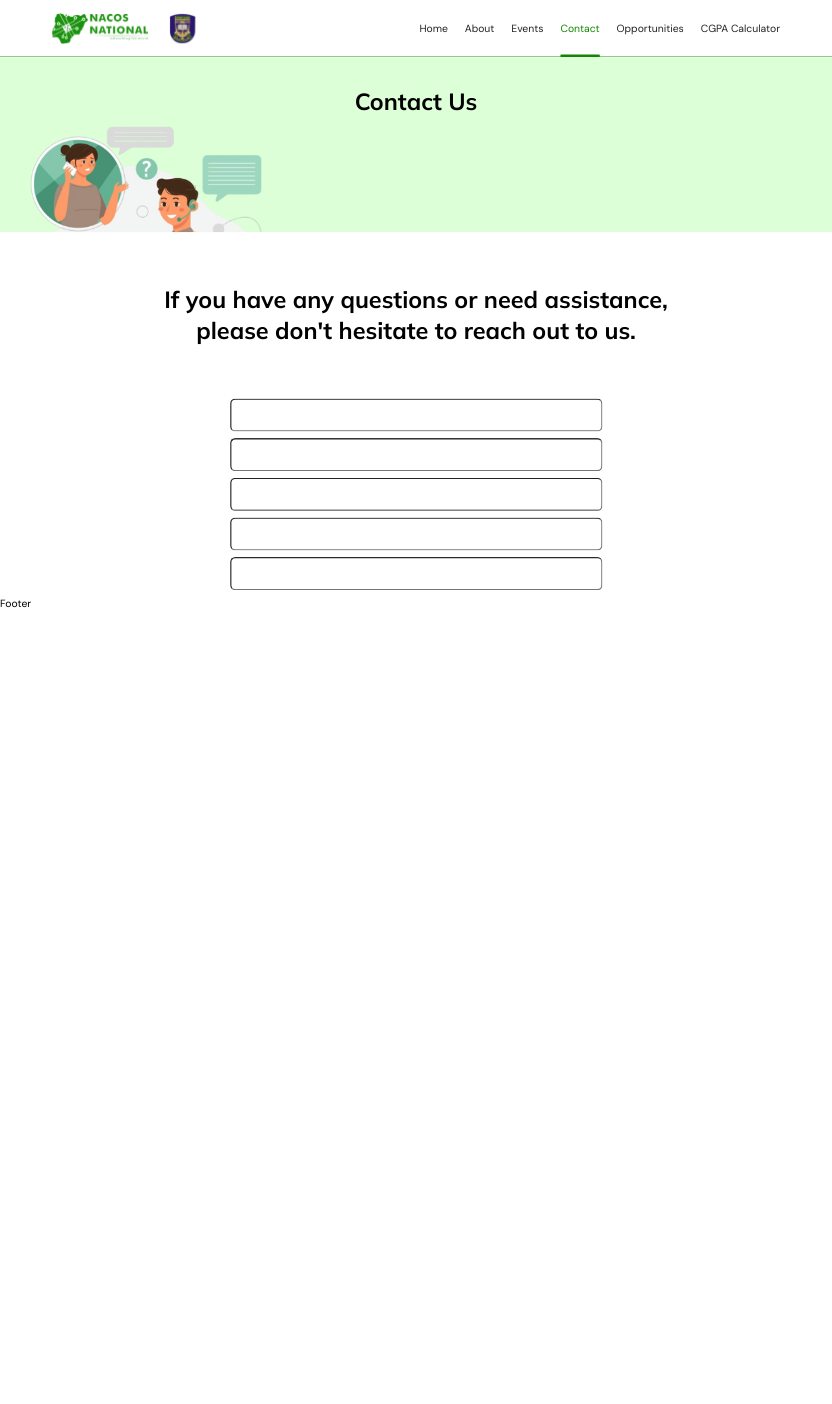
Repository: nacossuil/Uil-Nacos-Web
Page: /contact (app in frontend/)
An editor plug-in stored every save of this project. The page is shown before and after the next save, followed by the edit.
The browser window is 1280 px wide. The pictures show the whole page, at 65% of full size.
The project was rebuilt for these pictures with package versions that can differ from the ones it lists, and the page was loaded fresh each time. Also part of the build but not shown: frontend/vite.config.js, frontend/src/pages/Home/HomePage.jsx, frontend/src/pages/About/AboutPage.jsx, frontend/src/pages/Events/EventsPage.jsx, frontend/src/pages/Opportunities/OpportunitiesPage.jsx, frontend/src/pages/CgpaCalculator/CgpaCalculatorPage.jsx.

Above is the page before, as saved 2023-11-14 00:12:05.

### frontend/index.html
<!doctype html>
<html lang="en">

<head>
  <meta charset="UTF-8" />
  <link rel="icon" type="image/svg+xml" href="./src/assets/nacos-logo.svg" />
  <meta name="viewport" content="width=device-width, initial-scale=1.0" />
  <title>Vite + React</title>
</head>

<body>
  <div id="root"></div>
  <script type="module" src="/src/main.jsx"></script>
</body>

</html>

### frontend/src/App.jsx
import { useState } from "react";
import "./App.css";
import Navbar from "./components/Navbar/Navbar";
import { Routes, Route } from "react-router-dom";
import HomePage from "./pages/Home/HomePage";
import ContactPage from "./pages/Contact/ContactPage";
import Footer from "./components/Footer/Footer";
import AboutPage from "./pages/About/AboutPage";
import EventsPage from "./pages/Events/EventsPage";
import OpportunitiesPage from "./pages/Opportunities/OpportunitiesPage";
import CgpaCalculatorPage from "./pages/CgpaCalculator/CgpaCalculatorPage";
import ScrollToTop from "./assets/up-arrow-icon.svg?react";
function App() {
  const [scrollToTopVisible, setScrollToTopVisible] = useState(false);

  const toggleVisible = () => {
    const scrolled = document.documentElement.scrollTop;
    if (scrolled > 300) {
      setScrollToTopVisible(true);
    } else if (scrolled <= 300) {
      setScrollToTopVisible(false);
    }
  };

  const scrollToTop = () => {
    window.scrollTo({
      top: 0,
      behavior: "smooth",
    });
  };
  window.addEventListener("scroll", toggleVisible);
  return (
    <main>
      <Navbar />
      <Routes>
        <Route path="/" element={<HomePage />} />
        <Route path="/about" element={<AboutPage />} />
        <Route path="/events" element={<EventsPage />} />
        <Route path="/contact" element={<ContactPage />} />
        <Route path="/opportunities" element={<OpportunitiesPage />} />
        <Route path="/calculator" element={<CgpaCalculatorPage />} />
      </Routes>
      <Footer />
      {scrollToTopVisible ? (
        <div
          className="scroll-to-top-icon"
          onClick={() => {
            scrollToTop();
          }}
        >
          <ScrollToTop />
        </div>
      ) : null}
    </main>
  );
}

export default App;

### frontend/src/index.css
@import url('https://fonts.googleapis.com/css2?family=DM+Sans:opsz,wght@9..40,300;9..40,400;9..40,500;9..40,600;9..40,700&family=Mulish:wght@200;300;400;500;600;700&display=swap');
:root {
  font-size: 16px;
}
*{
  box-sizing: border-box;
  margin: 0;
  padding: 0;
}
body {
  margin: 0;
}

### frontend/src/App.css
@import url('https://fonts.googleapis.com/css2?family=DM+Sans&display=swap');

body {
  font-family: 'DM Sans', sans-serif;
}

main {
  position: relative;
  min-height: 300vh;
}

.scroll-to-top-icon {
  position: fixed;
  bottom: 16.1875rem;
  right: 6.25rem;
}

### frontend/src/components/Navbar/Navbar.jsx
import { useState } from "react";
import "./Navbar.css";
import { NavLink, Link } from "react-router-dom";

const Navbar = () => {
  // An array which contains link objects.
  // This makes it easier to add/remove links without having to tamper with existing markup
  const links = [
    {
      title: "Home",
      path: "/",
    },
    {
      title: "About",
      path: "/about",
    },
    {
      title: "Events",
      path: "/events",
    },
    {
      title: "Contact",
      path: "/contact",
    },
    {
      title: "Opportunities",
      path: "/Opportunities",
    },
    {
      title: "CGPA Calculator",
      path: "/calculator",
    },
  ];
  //state to keep track of the scroll position.
  const [scrolled, setScrolled] = useState(false);

  // function to toggle state when scrolled
  const toggle = () => {
    if (window.scrollY > 40) {
      setScrolled(true);
    } else {
      setScrolled(false);
    }
  };
  window.addEventListener("scroll", toggle);

  return (
    <header className={scrolled ? "scrolled" : ""}>
      <Link to={"/"}>
        <div>
          <img src="/src/assets/nacos-logo.svg" alt="" />
          <img src="/src/assets/unilorin-logo.svg" alt="" />
        </div>
      </Link>
      <nav>
        {/* Mapping over the links array and generating individual links
        The key for each link is it's title  */}
        {links.map((link) => (
          <NavLink to={link.path} key={link.title} end>
            {link.title}
          </NavLink>
        ))}
      </nav>
    </header>
  );
};

export default Navbar;

### frontend/src/pages/Contact/ContactPage.jsx
import './ContactPage.css'
import Img from '../../assets/customer-support.png'

const ContactPage = () => {
  return (
    <section className="c-wrapper">
      <div className="c-container">
        <div className="first">
          <div className="c-heading">
            <h1>Contact Us</h1>
          </div>
          <div className="image-container">
            <img src={Img} alt="bgImg" />
          </div>
        </div>
        <div className="second">
          <div className="s-text">
            If you have any questions or need assistance, please {`don't`}{' '}
            hesitate to reach out to us.
          </div>
          <form className="form">
            <input type="text" />
            <input type="text" />
            <input type="text" />
            <input type="text" />
            <input type="text" />
          </form>
        </div>
      </div>
    </section>
  )
}

export default ContactPage

### frontend/src/components/Footer/Footer.jsx
const Footer = () => {
  return (
    <footer>Footer</footer>
  )
}

export default Footer

### frontend/src/components/Navbar/Navbar.css
/* Making minimal use of classes to avoid class colision issues and specificity problems */

header {
    height: 5.5rem;
    width: 100%;
    display: flex;
    justify-content: space-between;
    align-items: center;
    font-family: 'DM Sans', sans-serif;
    font-size: 1rem;
    padding-inline: 5rem;
    border-bottom: solid 1px #138601;
    position: sticky;
    top: 0;
    transition: background .3s;
}

nav {
    display: flex;
    gap: 1.625rem;
    /*gap provided in the desing*/

}

nav a {
    color: #212521;
    text-decoration: none;
    position: relative;
}

header div {
    display: flex;
    gap: 2rem;
}

nav a.active {
    color: #138601;
}

/* using the after pseudo-class to create horizontal bars beneath active links */
nav a.active::after {
    content: '';
    position: absolute;
    bottom: -2.125rem;
    left: 0;
    background-color: #138601;
    width: 100%;
    height: 0.25rem;
    border-radius: 0.375rem;
}

/* utility class to change background of navigation on scroll */
header.scrolled {
    background-color: #FFFFFF;
}

### frontend/src/pages/Contact/ContactPage.css
.c-wrapper {
    position: relative;
    font-family: 'Mulish', sans-serif;
}

.c-container {
    display: flex;
    flex-wrap: wrap;
    justify-content: center;
    align-items: center;
    text-align: center;
}


/* first div */

.c-container .first {
    background: #dcffd7;
    width: 100%;
}

.first .c-heading>h1 {
    margin: 2.8rem auto 0;
    font-size: 36px;
    font-weight: 700;
    line-height: 48px;
}

.image-container {
    width: 100%;
}


/* second div  */

.second {
    margin-top: 5rem;
}

.second>.s-text {
    font-size: 36px;
    font-weight: 700;
    line-height: 48px;
    width: 49rem;
    margin-bottom: 5rem;
}

.second input {
    display: block;
    margin: 10px auto;
    width: 573px;
    padding: 1rem;
    border-radius: 8px;
}

### frontend/src/pages/Opportunities/Opportunitiespage.css
.opportunities {
  /*###### CUSTOM VARIABLES ######*/
  --color-primary-tint: hsla(112, 99%, 92%);
  --color-primary-shade: hsl(112, 99%, 26%);
  --text-color: hsla(120, 6%, 14%, 1);
  --text-color-light: hsla(108, 10%, 10%, 0.8);

  --font-family: "DM Sans", sans-serif;

  --fs-heading: 2.5rem;
  --fs-text-md: 1rem;
  --fs-text-lg: 1.75rem;
  --fs-text-sm: 0.875rem;

  --line-height-text: 1.6;
  --btn-radius: 3vw;

  /* GlOBAL STYLINGS */
  font-family: var(--font-family);
}

/*###### GLOBAL RESETS ######*/
* {
  box-sizing: border-box;
  margin: 0;
  padding: 0;
}

.opportunities > * {
  font-family: inherit;
}

img {
  /* Making images responsive */
  display: block;
  max-width: 100%;
}

/*###### RE-USABLE CLASSES ######*/
.container {
  /* max-width: Ideal width not decided yet */
  width: 85%;
  margin-inline: auto;
}

.heading {
  font-size: var(--fs-heading);
  font-weight: 600;
  margin-bottom: 2rem;
}

.text-md {
  font-size: var(--fs-text-md);
  font-weight: 500;
  line-height: var(--line-height-text);
  margin-bottom: 2rem;
}

.btn {
  display: inline-block;
  padding: 0.75em 1.5em;
  font-size: var(--fs-text-md);
  font-weight: 500;
  color: var(--color-primary-tint);
  background-color: var(--color-primary-shade);
  border: 0;
  border-radius: var(--btn-radius);
  cursor: pointer;
}

/*##### INTRO SECTION #####*/
.section-intro {
  padding-block: 3rem;
  background-color: var(--color-primary-tint);
}

.intro__content {
  display: grid;
  grid-template-columns: repeat(2, 1fr);
  align-items: center;
}

.intro__content-img-box {
  display: grid;
  place-items: center;
}

.intro__content-img-box img {
  width: 80%;
}

Loaded but not shown: frontend/src/main.jsx (common file)

After the next save:
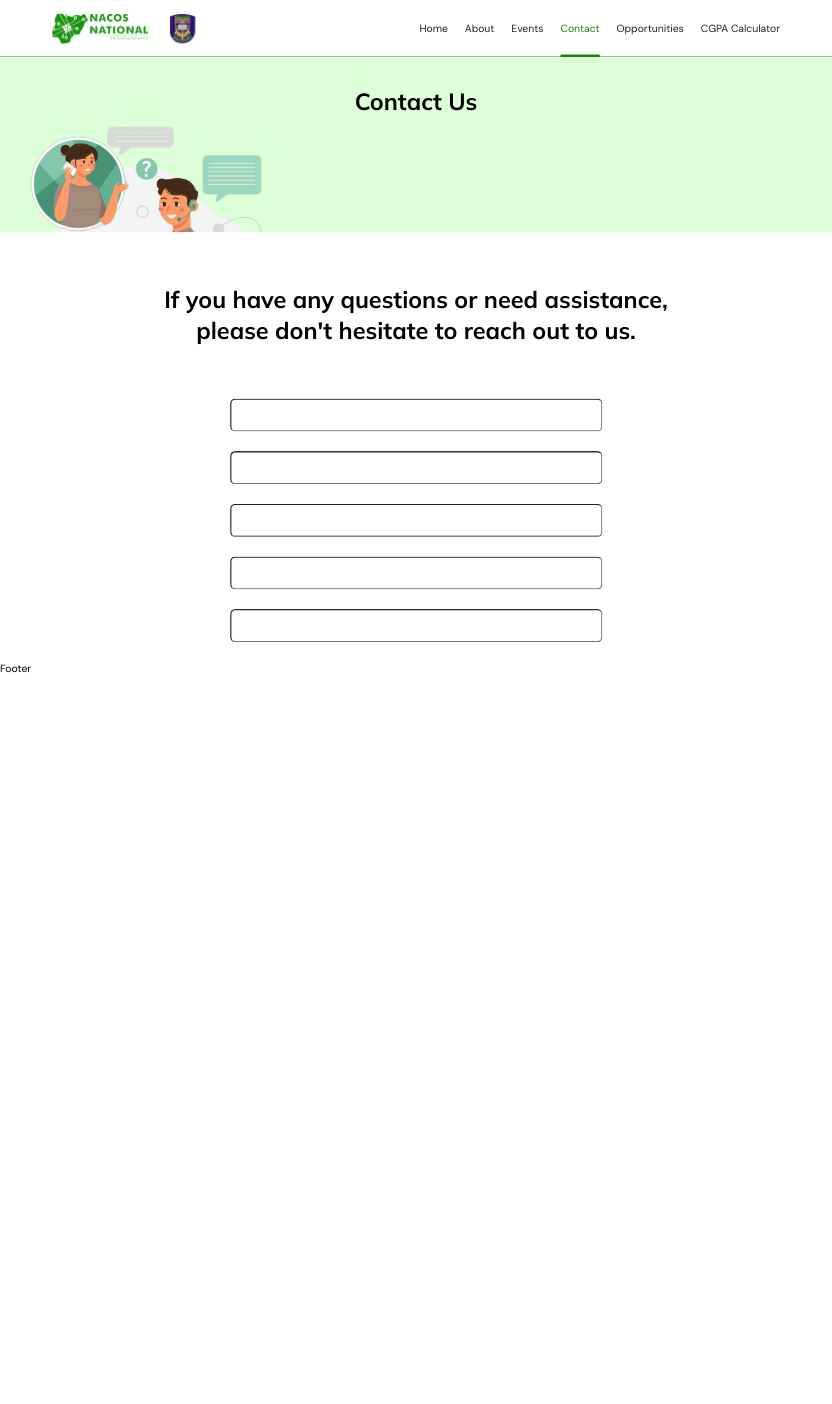
Saved 16 s later.
--- a/frontend/src/pages/Contact/ContactPage.css
+++ b/frontend/src/pages/Contact/ContactPage.css
@@ -47,7 +47,7 @@
 
 .second input {
     display: block;
-    margin: 10px auto;
+    margin: 30px auto;
     width: 573px;
     padding: 1rem;
     border-radius: 8px;
